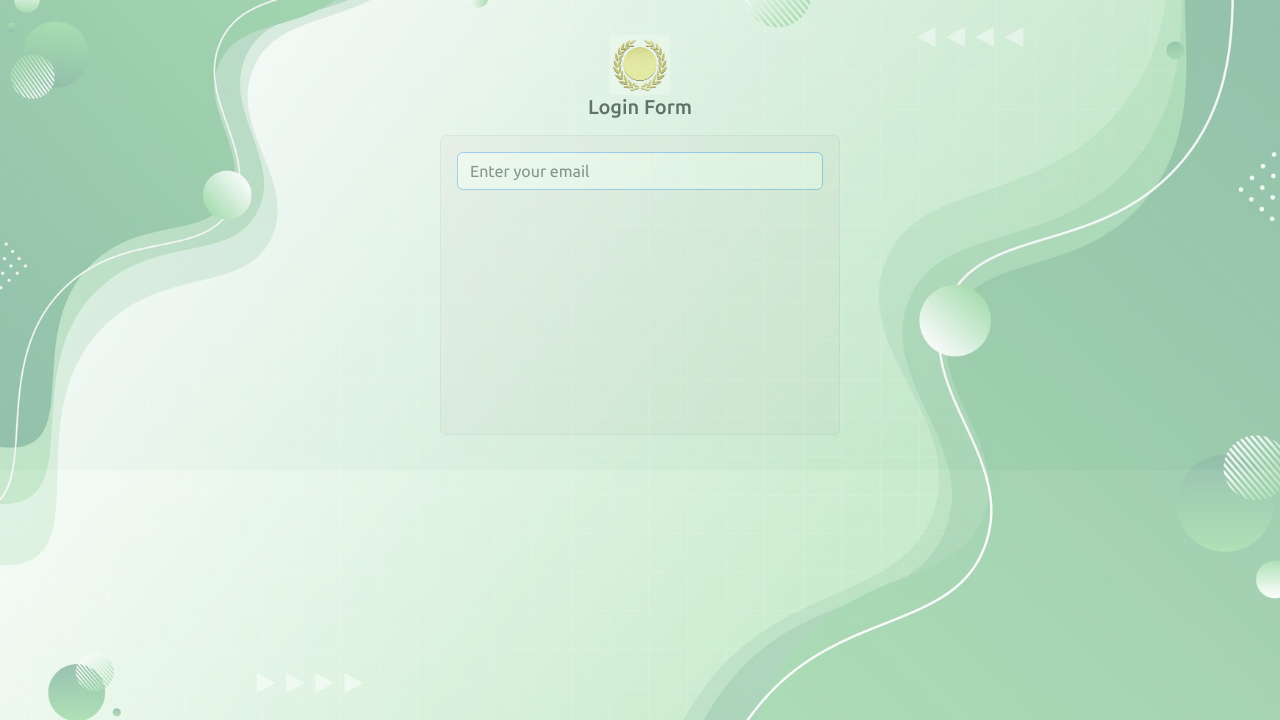
Repository: gautamsonam011/admin-react-dashboard
Page: /login
The author's editor kept a copy of each file at every save. The page is drawn from the files as they stood at one save, then again after the next save.
The browser window is 1280 px wide. The pictures show the whole page.
The first visible `.loginSection .loginBox .wrapper .form-control` has the focus.
The project was rebuilt for these pictures with package versions that can differ from the ones it lists, and the page was loaded fresh each time. Also part of the build but not shown: src/components/DashboardBox.jsx, src/pages/Dashboard/Dashboard.jsx.

Above is the page before, as saved 2025-04-23 21:28:17.

### src/App.css
@import url('https://fonts.googleapis.com/css2?family=Ubuntu:ital,wght@0,300;0,400;0,500;0,700;1,300;1,400;1,500;1,700&display=swap');

body{
  font-family: "Ubuntu", sans-serif !important;
  background-color: #f4f8f7;

}

header{
  width:100%;
  height: 70px;
  background-color:#62bebe;
  position: fixed;
  top:0px;
  left:0px;
  z-index: 1000;
}
header .logo{
  text-decoration: none;
}
header .logo img{
  margin-top: 10px;
  width:45px;

}

header .logo span{
color: coral;
font-weight: bolder;
font-size: 24px;
}
header button.rounded-circle{min-width:40px !important; width:40px !important; height: 40px !important; background-color:#0ff7d8 !important; margin: 15px;}
header button.rounded-circle svg{color:rgb(29, 27, 27); font-size: 25px !important; transition: all 0.2s ease-in-out;}
header button.rounded-circle:hover svg{color: #2585d4 !important;}
.searchBox{width:400px; height: 40px; background-color:#faf9f9; border-radius: 6px;padding: 3px 15px;}
.searchBox input{background: transparent;border:0px; outline:none; padding-left: 5px; font-size: 15px; color:#292929}
.searchBox input::-webkit-input-placeholder{color:#292929}
.searchBox svg{font-size: 18px; color:#292929 ;}

.userImg{display: flex; align-items:center; justify-content: center; overflow: hidden; width:40px; height: 40px; border:1px solid #0ff7d8; padding: 2px; border-radius: 100%;}
.userImg .rounded-circle{display: flex; align-items:center; justify-content: center; overflow: hidden; width: 40px; height: 40px; cursor: pointer; position: relative;}
.userImg .rounded-circle .img{object-fit: cover; width: 100%;}
.userInfo{padding-left: 10px;}
.userInfo h5{font-size: 15px; font-weight: 600; margin-bottom:0px; color: #266666;}

#account-menu li{font-size: 14px !important;}
#account-menu li svg{font-size: 20px !important}

.dropdown-info{padding-left: 6px;}
.dropdown-info h4{font-size: 15px; font-weight:600;margin-top: 2px; white-space: break-space; line-height: 21px;}
.dropdown-info p{font-size: 10px; color: #2585d4;}


/* Style for sidebar  */

.main .sidebarWrapper{width: 20%; flex: 0 0 20%; transition: all 0.3s ease-in-out;}
.main .sidebarWrapper.toggle{width: 0%; flex: 0 0 0%;}
.btn-signin{padding: 7px 20px !important; background:#266666 !important; color: #f4f8f7 !important; font-weight: bold !important; border-radius:20px !important;}
.main .sidebarWrapper .sidebar{width:20%; height: 100vh; max-height: calc(100%-70px); position:fixed; top: 70px; left:0px; background:#b1e4dd; overflow-y: scroll; overflow-x: hidden; padding-bottom: 40px; transition: all 0.3s ease-in-out;}
.main .sidebarWrapper.toggle .sidebar{left:-100%;}

.main .sidebarWrapper .sidebar::-webkit-scrollbar-thumb{background: transparent !important; width:3px;}
.main .sidebarWrapper:hover .sidebar::-webkit-scrollbar{ background:#2585d4; width:3px;}
.main .sidebarWrapper .sidebar ul{margin-bottom:0px;}
.main .sidebarWrapper .sidebar ul li{list-style: none; margin-top:10px;}
.main .sidebarWrapper .sidebar ul li button{color:#266666; text-align: left; justify-content: left; border-radius:0px !important; padding: 12px 15px !important;
  align-items: center; text-transform: capitalize !important;font-family: "Ubuntu", sans-serif !important;
  margin-left: 0px; font-size: 15px !important;
}
.main .sidebarWrapper .sidebar ul li button .icon{display: flex; align-items:center; justify-content: center; width:25px; height:25px; margin-right: 10px;}
.main .sidebarWrapper .sidebar ul li button .icon svg{color:#292929; opacity: 0.8; font-size: 22px;}
.main .sidebarWrapper .sidebar ul li button .arrow{margin-left: auto; display: flex; align-items: center; justify-content: center; width: 25px; transition: all 0.3s ease-in-out}
.main .sidebarWrapper .sidebar ul li button:hover{background:#62bebe !important;}
.main .sidebarWrapper .sidebar ul li button.active{background: #62bebe !important;}
.main .sidebarWrapper .sidebar ul li button.active .arrow{transform: rotate(90deg);}

.main .sidebarWrapper .sidebar ul .submenu{padding: 0px 45px; position:relative; height:auto;}
.main .sidebarWrapper .sidebar ul .submenu::before{content:''; width:1px; height: 95%; position: absolute; top:0px; left:25px; background:rgba(0, 0, 0, 0.1);}
.main .sidebarWrapper .sidebar ul .submenu li{width:100%; list-style: none;}
.main .sidebarWrapper .sidebar ul .submenu li a{color:#266666 !important; text-decoration: none; font-family: "Ubuntu", sans-serif !important;
display: block; padding: 6px 0px; font-size: 14px !important; font-weight: 500; transition:all 0.3s}
.main .sidebarWrapper .sidebar ul .submenu li a:hover{color:#2585d4 !important;}

.main .sidebarWrapper .sidebar ul .submenuWrapper{transition:all 0.3s ease-in-out; height: 0px; overflow: hidden; }
.main .sidebarWrapper .sidebar ul .submenuWrapper.colapsed .submenu{opacity:0;}

.main .sidebarWrapper .sidebar ul .submenuWrapper.colapse{height:auto; overflow: inherit;}
.main .sidebarWrapper .sidebar ul .submenuWrapper.colapse .submenu{opacity:1; height:auto;}

.logoutWrapper{padding: 0px 25px;}
.logoutWrapper .logoutBox{width:100%; height:100px; padding: 25px; background:#bcd2fd; border-radius:10px; margin-bottom:20px; display:flex; align-items: center; justify-content: center;
position:relative; overflow:hidden;}
.logoutWrapper .logoutBox::before{content:''; width:50px; height:50px; background:#266666; border-radius: 100%; position:absolute; top: -20px; right: 30px; opacity:0.5}
.logoutWrapper .logoutBox::after{content:''; width:30px; height:30px; background:#266666; border-radius: 100%; position:absolute; top: -30px; left: 30px; opacity:0.5}
.logoutWrapper .logoutBox button{font-size:14px !important; font-weight: 600 !important; }
.logoutWrapper .logoutBox button svg{margin-right: 15px; font-size:18px;}

.main .content{width:80%; flex: 0 0 80%; transition: all 0.3s ease-in-out;}
.main .content.toggle{width:100%; flex: 0 0 100%;}

.dashboardBoxWrapperRow{margin-left: 20%;}
.right-content{padding: 90px 30px;}
.dashboardBoxWrapper{gap: 15px; width:100%; flex-wrap: wrap;}
.dashboardBoxWrapper .dashboardBox{width:48%; height: 170px; border-radius:10px; overflow: hidden; padding:20px; display: flex; flex-direction: column; justify-content: space-around; text-align: left !important; justify-content: flex-start;}
.dashboardBoxWrapperRow .box{width:100%; height: 100%; background:#0ff7d8;}

.dashboardBoxWrapper .dashboardBox .col1 h4{font-size: 20px; font-weight: 600;}
.dashboardBoxWrapper .dashboardBox .col1 span{font-size: 40px; font-weight: bold;}
.dashboardBoxWrapper .dashboardBox .icon { margin-left: 180px; display: flex; align-items:center; justify-content: center; width:45px; height: 45px; border-radius:5px; background-image: linear-gradient(to bottom right, rgba(0, 0, 0, 0), rgba(0, 0, 0, 0.2));}
.dashboardBoxWrapper .dashboardBox .icon svg{font-size: 45px; opacity: 0.1; color:#f4f8f7}

.dashboardBoxWrapper .dashboardBox button.toggleIcon {font-size: 22px; color:rgba(0,0,0,0.5); cursor: pointer; min-width: 40px !important; width: 40px !important; height: 40px !important; border-radius: 50% !important; margin-left: 170px; border-right: none; opacity: 0.3;}

.dashboardBoxWrapperRow .dashboardBoxWrapper .dashboardBox .chart{position:absolute; opacity: 0.1;}
.dashboardBoxWrapperRow .dashboardBoxWrapper .dashboardBox .chart svg{font-size: 150px; color: #000;}

/*  style for Login page */

.loginSection{
  width: 100%; height: 100hv; padding: 35px 25px;
  background:#f4f8f7; position: relative;
}
.loginbgimage{width:100%; height: 100%; opacity: 0.4; position: fixed; top: 0; left: 0; z-index: 99; pointer-events: none;}
.loginSection .loginBox{width: 400px; height: auto; margin: auto;}
.loginSection .loginBox .wrapper{width:100%; height: 300px; background: #f0f0f0;}
.full{max-width: 100% !important; flex: 0 0 100% !important; width: 100% !important;}
.loginSection .loginBox .wrapper .form-control{box-shadow: none !important; outline: none !important;}
/* Registration Form */

### src/components/Sidebar/index.jsx
import Button from '@mui/material/Button';
import { RiDashboardLine } from "react-icons/ri";
import { IoIosArrowForward } from "react-icons/io";
import { TbBrandProducthunt } from "react-icons/tb";
import { TiShoppingCart } from "react-icons/ti";
import { MdOutlineMessage } from "react-icons/md";
import { IoNotifications } from "react-icons/io5";
import { MdOutlineSettings } from "react-icons/md";
import { Link } from 'react-router-dom';
import React, { useState} from "react";
import { RiLogoutCircleRLine } from "react-icons/ri";
// import { MyContext } from '../../App';

const Sidebar = () =>{
    const [activeTab, setActiveTab] = useState(0);
    const [isToggleSubmenu, setIsToggleSubmenu] = useState(false);

    // const context = useContext(MyContext);

    const isOpenSubmenu = (index) =>{
        setActiveTab(index);
        setIsToggleSubmenu(!isToggleSubmenu);


    }

    return(
        <div className="sidebar">
            <ul>
                <li>
                    <Link to="/">
                    <Button className={`w-100 ${activeTab === 0 ? 'active' : ''}`} onClick={()=>isOpenSubmenu(0)}>
                        <span className='icon'><RiDashboardLine/></span>
                        Dashboard
                        <span className="arrow"><IoIosArrowForward/></span>
                    </Button>
                    </Link>
                </li>
                <li>
                    <Button className={`w-100 ${activeTab === 1 && isToggleSubmenu===true ?  'active' : ''}`} onClick={()=>isOpenSubmenu(1)}>
                        <span className='icon'><TbBrandProducthunt/></span>
                        Products
                        <span className="arrow"><IoIosArrowForward/></span>
                    </Button>
                    <div className={`submenuWrapper ${activeTab===1 && isToggleSubmenu===true ? 'colapse':'colapsed'}`}>
                    <ul className='submenu'>
                        <li><Link to="#">Product Add</Link></li>
                        <li><Link to="#">Product List</Link></li>
                        <li><Link to="#">Product View</Link></li>
                    </ul>
                    </div>
                </li>
                <li>
                    <Link to="/">
                    <Button className={`w-100 ${activeTab === 2 ? 'active' : ''}`} onClick={()=>isOpenSubmenu(2)}>
                        <span className='icon'><TiShoppingCart/></span>
                        Orders
                        <span className="arrow"><IoIosArrowForward/></span>
                    </Button>
                    </Link>
                </li>
                <li>
                    <Link to="/">
                    <Button className={`w-100 ${activeTab === 3 ? 'active' : ''}`} onClick={()=>isOpenSubmenu(3)}>
                        <span className='icon'><MdOutlineMessage/></span>
                        Messages
                        <span className="arrow"><IoIosArrowForward/></span>
                    </Button>
                    </Link>
                </li>
                <li>
                    <Link to="/">
                    <Button className={`w-100 ${activeTab === 4 ? 'active' : ''}`} onClick={()=>isOpenSubmenu(4)}>
                        <span className='icon'><IoNotifications/></span>
                        Notifications
                        <span className="arrow"><IoIosArrowForward/></span>
                    </Button>
                    </Link>
                </li>
                <li>
                    <Link to="/">
                    <Button className={`w-100 ${activeTab === 5 ? 'active' : ''}`} onClick={()=>isOpenSubmenu(5)}>
                        <span className='icon'><MdOutlineSettings /></span>
                        Settings
                        <span className="arrow"><IoIosArrowForward/></span>
                    </Button>
                    </Link>
                </li>
            </ul>
            <br/>
            <div className="logoutWrapper">
                <div className="logoutBox">
            <Button variant="outlined"> <RiLogoutCircleRLine/>Logout</Button>
            </div>
            </div>
        </div>
    )
}

export default Sidebar

### src/pages/Login/index.jsx
import logo from '../../assests/images/logo.jpg';
import bgImage from '../../assests/bg.jpg';

import { MyContext } from '../../App';
import { useContext, useEffect } from 'react';

const Login = () => {
    const context = useContext(MyContext);

    useEffect(() => {
        context.setisHideSidebarHeader(true);
    }, []);

    return (
        <>
            <img src={ bgImage} className='loginbgimage' alt="bgimage" />
            <section className="loginSection">
                <div className="loginBox">
                    <div className="loginLogo text-center">
                        <img src={logo} alt="Logo" width="60px" />
                        <h5 className='font-weight-bold'>Login Form</h5>
                    </div>

                    <div className='wrapper mt-3 card border p-3'>
                        <form>
                            <div className='form-group'>
                                <input type="text" className='form-control mb-3' placeholder='Enter your email' />
                            </div>
                        </form>
                    </div>
                </div>
            </section>
        </>
    )
}
export default Login;

### src/components/SearchBox.jsx
import { FaSearch } from "react-icons/fa";

const SearchBox = () =>{
    return (
        <div className="searchBox position-relative d-flex align-items-center">
            <FaSearch className="mr-2" />
            <input type="text" placeholder="Search here"  />
        </div>
    )
}

export default SearchBox;

Loaded but not shown: public/index.html (common file); src/index.js (common file); src/reportWebVitals.js (common file); public/manifest.json (common file); src/App.js (57 lines, source omitted); src/components/Header/index.jsx (239 lines, source omitted)

After the next save:
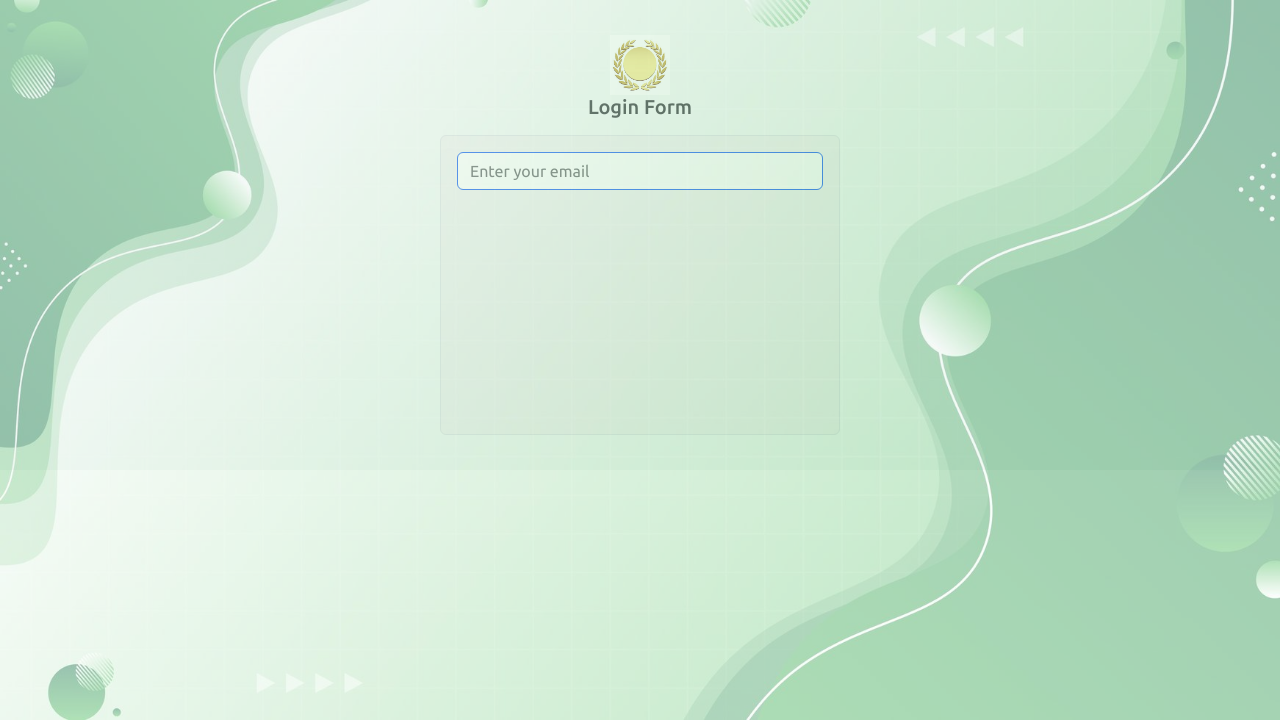
Saved 97 s later.
--- a/src/App.css
+++ b/src/App.css
@@ -125,4 +125,5 @@ position:relative; overflow:hidden;}
 .loginSection .loginBox .wrapper{width:100%; height: 300px; background: #f0f0f0;}
 .full{max-width: 100% !important; flex: 0 0 100% !important; width: 100% !important;}
 .loginSection .loginBox .wrapper .form-control{box-shadow: none !important; outline: none !important;}
+.loginSection .loginBox .wrapper .form-control:focus{border: 1px solid #0858f7 !important;}
 /* Registration Form */
